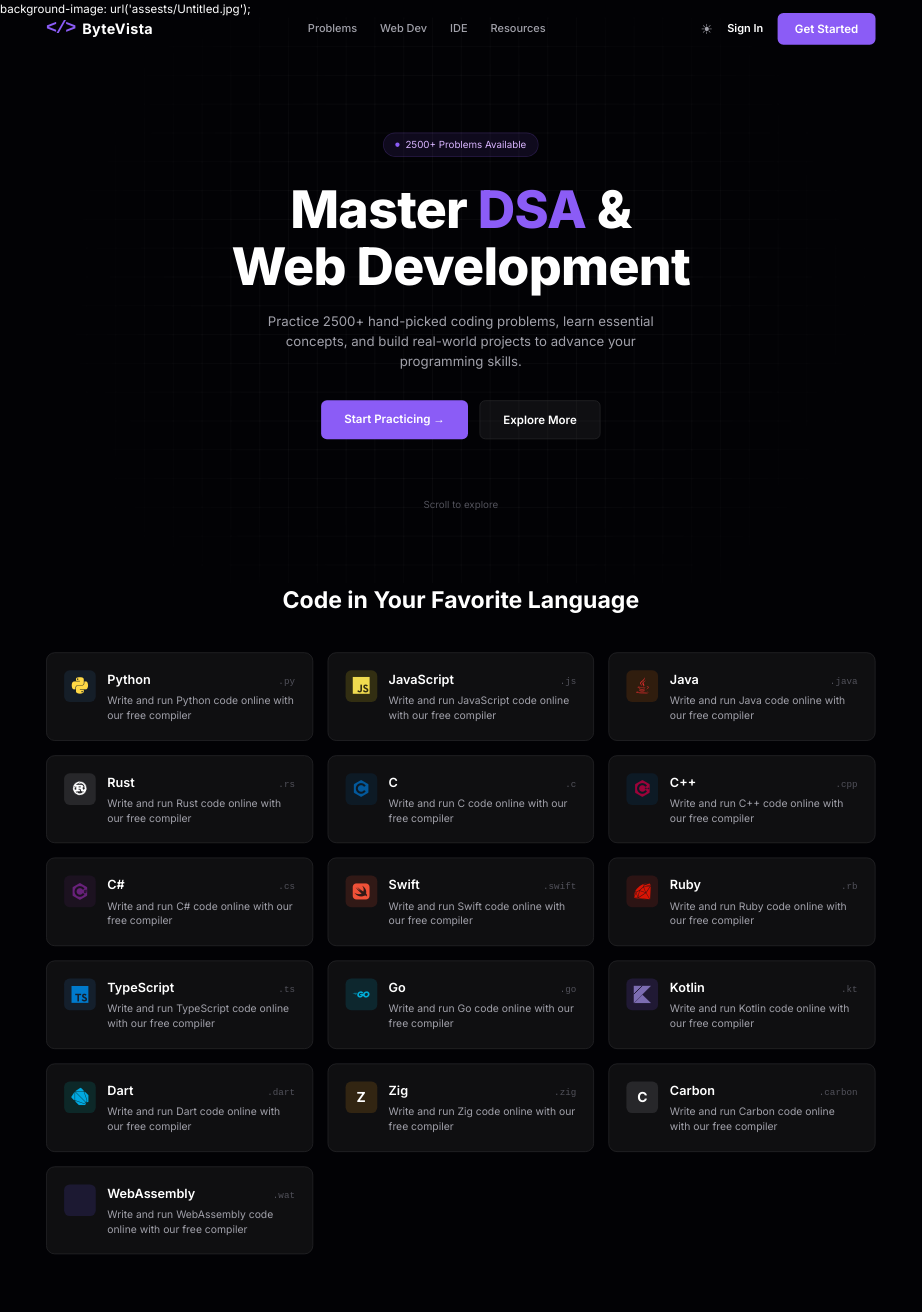
Repository: biswaranjansatapathy2005-lang/ByteVista
Page: frontend/language/language.html
The author's editor kept a copy of each file at every save. The page is drawn from the files as they stood at one save, then again after a run of saves.
The browser window is 1280 px wide. The pictures show the whole page, at 72% of full size.
Some web fonts or font styles are not loaded; a fallback is used.

Above is the page before, as saved 2025-12-13 01:19:41.

After the next 2 saves:
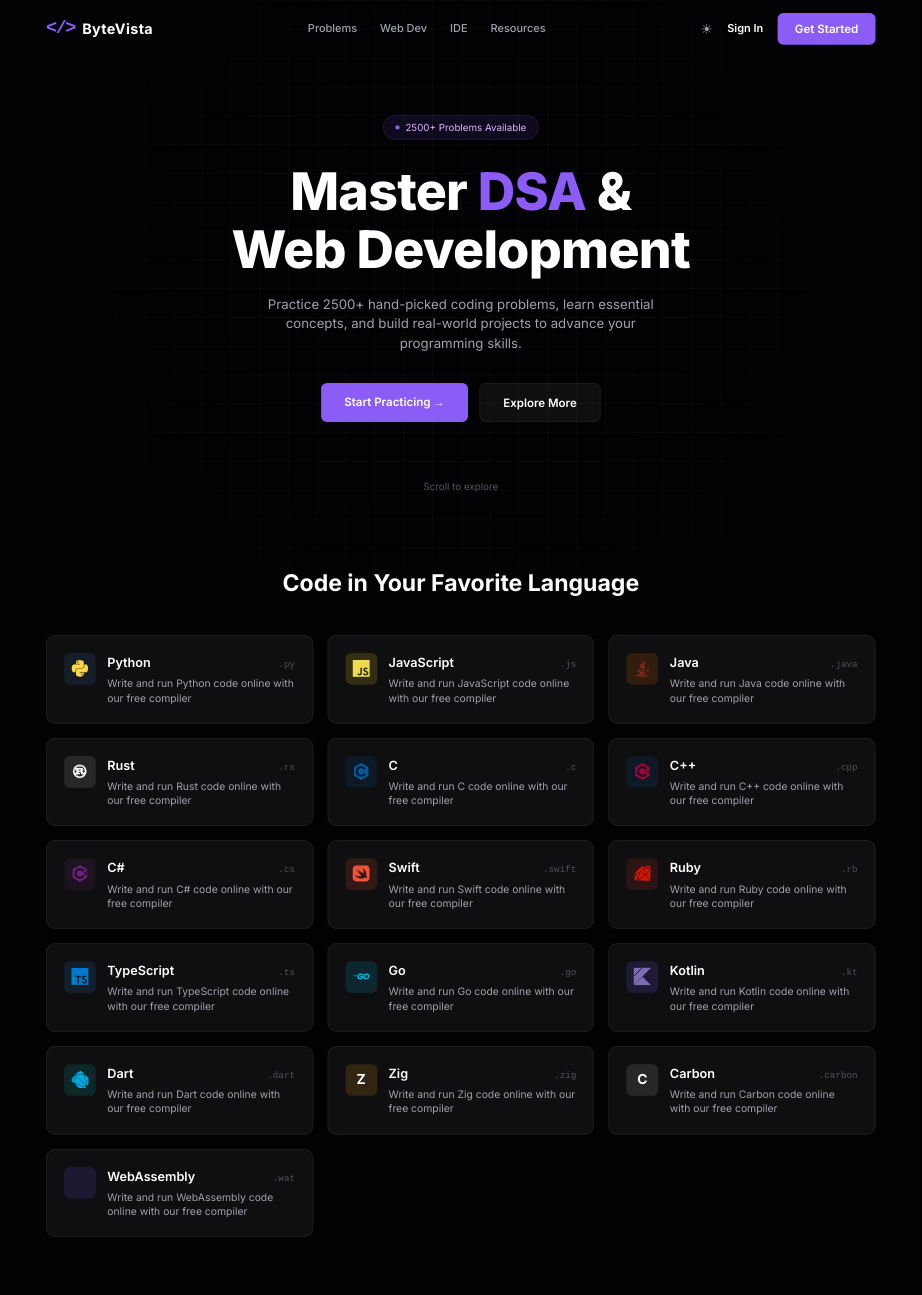
The 2 saves are shown as one change because they came seconds apart.
The last was saved 37 s later.
--- a/frontend/language/language.html
+++ b/frontend/language/language.html
@@ -13,7 +13,7 @@
     <link rel="stylesheet" type='text/css' href="https://cdn.jsdelivr.net/gh/devicons/devicon@latest/devicon.min.css" />
 </head>
 <body>
-    background-image: url('assests/Untitled.jpg');
+
     <header class="navbar" id="navbar">
         <div class="container nav-container">
             <a href="#" class="brand-logo">
